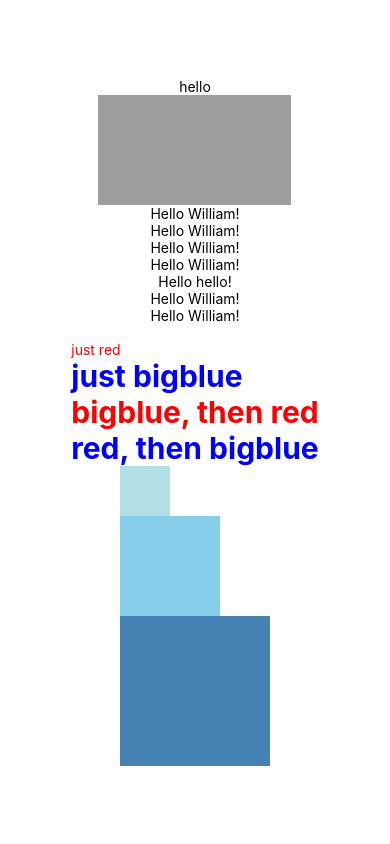
Repository: wcc17/project-adara
Screen: / (app in ProjectAdara/)
The author's editor kept a copy of each file at every save. The screen is drawn from the files as they stood at one save, then again after the next save.
Pictures or frames that could not be fetched are drawn as grey boxes. The app was drawn by React Native's web renderer in a window 390 px wide. The project was rebuilt for these pictures with package versions that can differ from the ones it lists, and the page was loaded fresh each time.

Above is the screen before, as saved 2018-05-27 13:05:08.

### ProjectAdara/App.js
import React, { Component } from 'react';
import { StyleSheet, Text, View, Image } from 'react-native';
import FlexDimensionsBasicsComponent from './src/components/FlexDimensionsBasicsComponent'

export default class App extends React.Component {
    render() {
        return (
            <View style={styles.container}>
                <BasicStuffComponent/>
                <FlexDimensionsBasicsComponent styleParam={flexDimensionStyleSheet}/>
            </View>
        );
    }
}

class BasicStuffComponent extends Component {
    render() {
        let image = {
            uri: 'https://upload.wikimedia.org/wikipedia/commons/d/de/Bananavarieties.jpg'
        };

        return (
            <View style={styles.container}>
                <Text>hello</Text>
                <Image source={image} style={{ width: 193, height: 110 }} />
                <DumbGreetingComponent name='William' />
                <DumbGreetingComponent name='William' />
                <DumbGreetingComponent name='William' />
                <DumbGreetingComponent name='William' />
                <DumbGreetingComponent name='hello' />
                <DumbGreetingComponent name='William' />
                <DumbGreetingComponent name='William' />
                <Blink text="this is blinking text" />
                <StyledComponent/>
                <FixedDimensionsComponent/>
            </View>
        )
    }
}

class DumbGreetingComponent extends Component {
    render() {
        return (
            <Text>Hello {this.props.name}!</Text>
        );
    }
}

class Blink extends Component {
    constructor(props) {
        super(props);
        this.state = { isShowingText: true };

        // Toggle the state every second
        setInterval(() => {
            this.setState(previousState => {
                return { isShowingText: !previousState.isShowingText };
            });
        }, 1000);
    }

    render() {
        let display = this.state.isShowingText ? this.props.text : ' ';
        return (
            <Text>{display}</Text>
        );
    }
}

class StyledComponent extends Component {
    render() {
        return (
        <View>
            <Text style={styles.red}>just red</Text>
            <Text style={styles.bigblue}>just bigblue</Text>
            <Text style={[styles.bigblue, styles.red]}>bigblue, then red</Text>
            <Text style={[styles.red, styles.bigblue]}>red, then bigblue</Text>
        </View>
        );
    }
}

class FixedDimensionsComponent extends Component {
    render() {
        return (
            <View>
                <View style={{width: 50, height: 50, backgroundColor: 'powderblue'}}/>
                <View style={{width: 100, height: 100, backgroundColor: 'skyblue'}}/>
                <View style={fixedDimensionStyleSheet.steelBlueView}/>
            </View>
        )
    }
}



const styles = StyleSheet.create({
    container: {
        flex: 1,
        backgroundColor: '#fff',
        alignItems: 'center',
        justifyContent: 'center',
    },
    bigblue: {
        color: 'blue',
        fontWeight: 'bold',
        fontSize: 30,
    },
    red: {
        color: 'red',
    },
});

const fixedDimensionStyleSheet = StyleSheet.create({
    steelBlueView: {
        width: 150,
        height: 150,
        backgroundColor: 'steelblue'
    },
});

const flexDimensionStyleSheet = StyleSheet.create({
    flexDimensionComponentStyle: {
        width: 150,
        height: 150,
    },
});

### ProjectAdara/src/components/FlexDimensionsBasicsComponent.js
import React, { Component } from 'react';
import { View } from 'react-native';

export default class FlexDimensionsBasicsComponent extends Component {
    render() {
        return (
            // what if you add 'height: 300' instead of 'flex: 1'?
            // <View style={{flex: 1}}>
            <View style={this.props.styleParam}>
                <View style={{flex: 1, backgroundColor: 'powderblue'}} />
                <View style={{flex: 2, backgroundColor: 'skyblue'}} />
                <View style={{flex: 3, backgroundColor: 'steelblue'}} />
            </View>
        );
    }
}

After the next save:
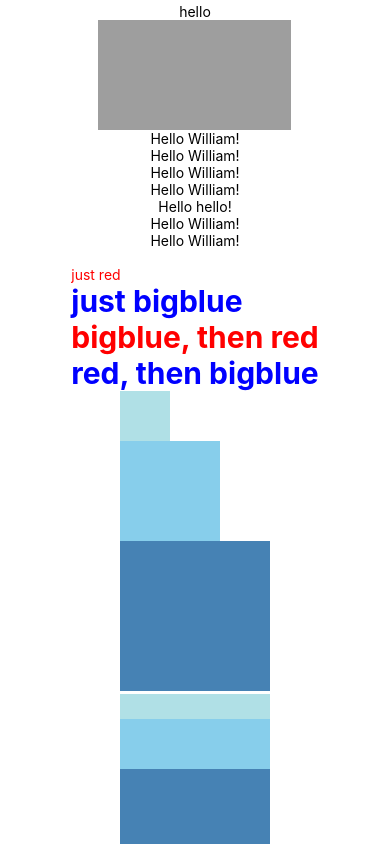
Saved 8 s later.
--- a/ProjectAdara/App.js
+++ b/ProjectAdara/App.js
@@ -7,7 +7,7 @@ export default class App extends React.Component {
         return (
             <View style={styles.container}>
                 <BasicStuffComponent/>
-                <FlexDimensionsBasicsComponent styleParam={flexDimensionStyleSheet}/>
+                <FlexDimensionsBasicsComponent styleParam={flexDimensionStyleSheet.flexDimensionComponentStyle}/>
             </View>
         );
     }
